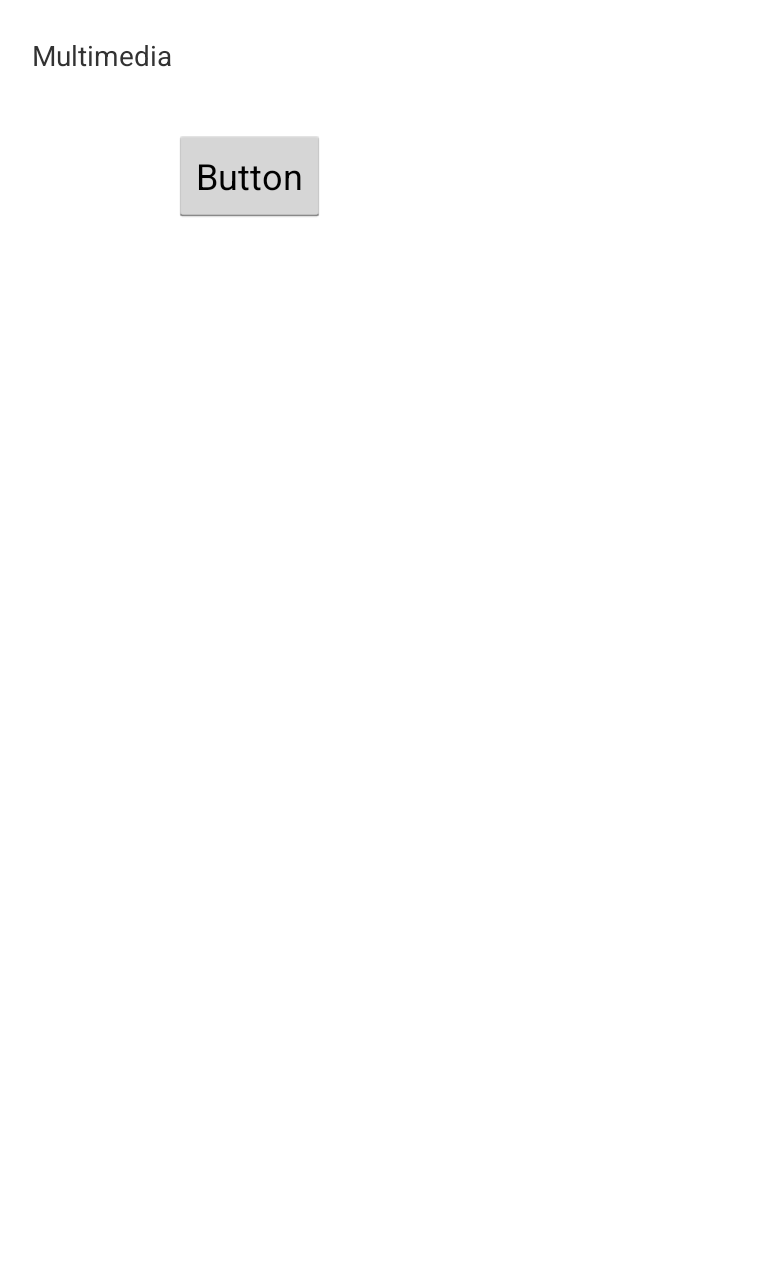
Repository: Amir13/Android_Basic_Steps
Layout: ViewElements5/res/layout/fragment_multimedia.xml
An editor plug-in stored every save of this project. The layout is shown before and after the next save, followed by the edit.
It is drawn on a 768 x 1280 px phone screen (xhdpi) without system bars, with theme AppTheme; the app's code is not run.

Above is the layout before, as saved 2014-06-15 01:09:12.

After the next save:
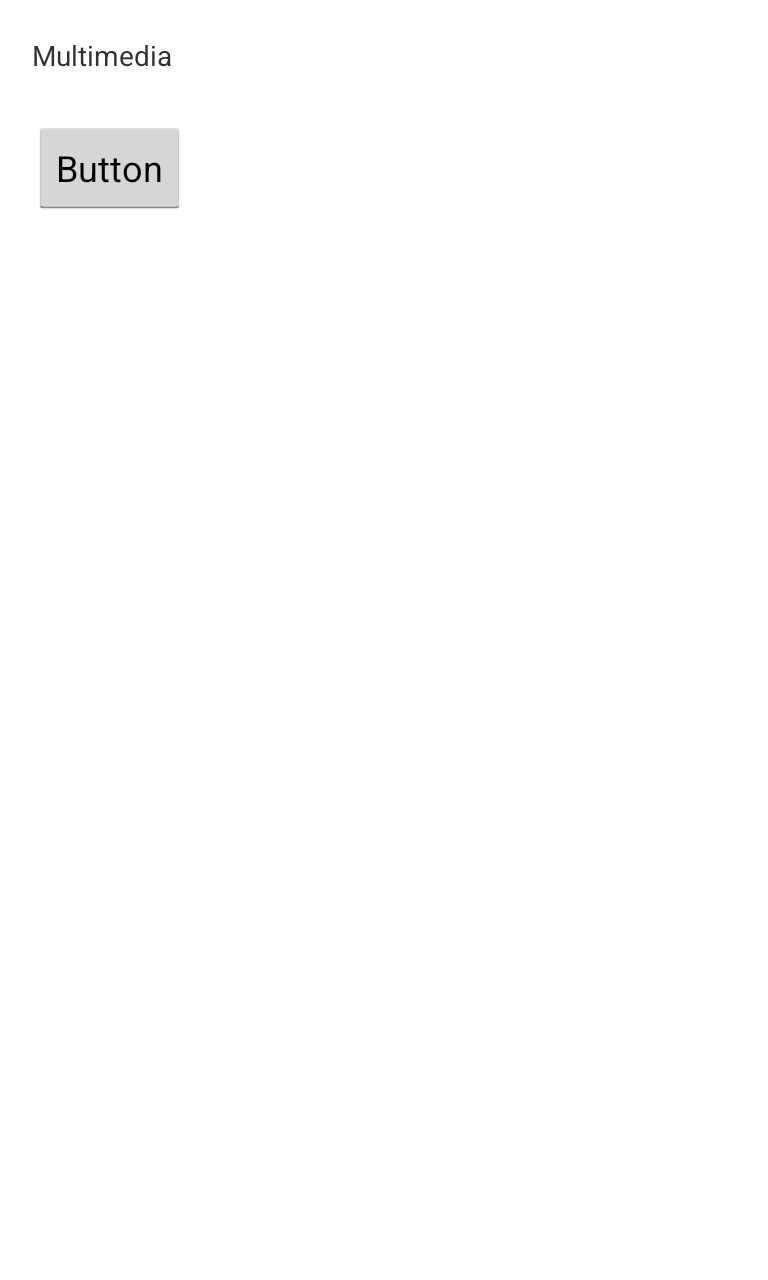
Saved 17 s later.
--- a/ViewElements5/res/layout/fragment_multimedia.xml
+++ b/ViewElements5/res/layout/fragment_multimedia.xml
@@ -17,9 +17,9 @@
         android:id="@+id/button1"
         android:layout_width="wrap_content"
         android:layout_height="wrap_content"
+        android:layout_alignLeft="@+id/textView1"
         android:layout_below="@+id/textView1"
-        android:layout_marginTop="27dp"
-        android:layout_toRightOf="@+id/textView1"
+        android:layout_marginTop="23dp"
         android:text="Button" />
 
 </RelativeLayout>
